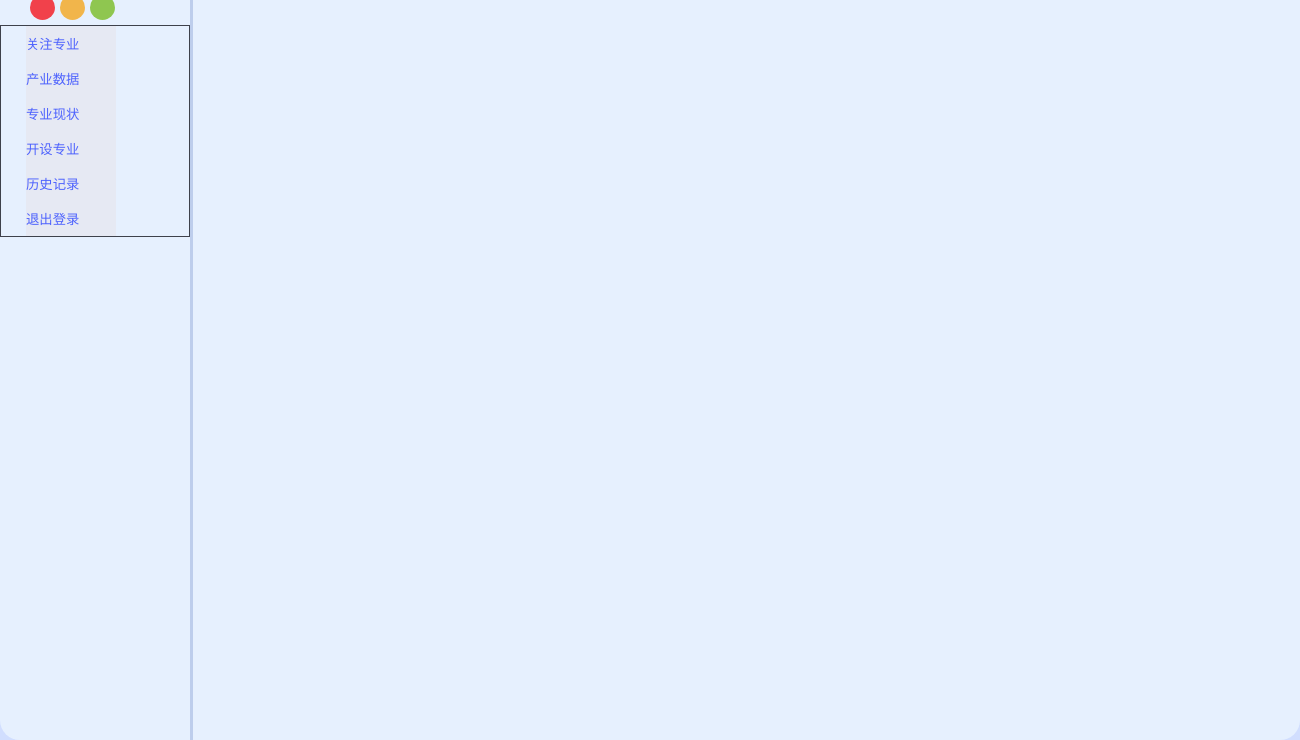
Repository: akaCSDN/test
Page: 2.1主页.html
An editor plug-in stored every save of this project. The page is shown before and after the next save, followed by the edit.
The browser window is 1280 px wide. The page is 1300 px wide, so the pictures cover 1300 px, including what lies to the right of the window. The pictures show the whole page.

Above is the page before, as saved 2022-12-02 14:13:17.

### 2.1主页.html
<!DOCTYPE html>
<html lang="en">
<head>
    <meta charset="UTF-8">
    <meta http-equiv="X-UA-Compatible" content="IE=edge">
    <meta name="viewport" content="width=device-width, initial-scale=1.0">
    <title>Document</title>
    <style type="text/css">
        *{
            margin: 0;
            padding: 0;
            border: 0;
        }
        .main{
            width: 1300px;
            height: 760px;
            /* border: 1px solid black; */
            border-radius: 20px;
            background-color: aliceblue;
            opacity: 0.7;
            position: absolute;
            top: 0;
            right: 0;
            bottom: 0;
            left: 0;
            margin: auto;

        }
        .left{
            width: 190px;
            height: 760px;
            border-radius: 20px 0px 0px 20px;
            border-right: 3px solid rgba(146, 169, 213, 0.622);
            /* border: 1px solid black; */
            position: absolute;
        }
        .circle-point{
            width: 100px;
            height: 30px;
            /* border: 1px solid black; */
            margin-left: 25px;
            margin-top: 15px;
        }
        .circle-point div{
            width: 25px;
            height: 25px;
            border-radius: 100% 100% 100% 100%;
            float: left;
            opacity: 1;
            /* position: absolute; */
            margin-left: 5px;

        }
        .button{
            width: auto;
            height: auto;
            border: 1px solid black;
        }
        .button ul{
            list-style-type: none;
        }
        .button button{
            width: 90px;
            height: 35px;
            text-align: left;
            margin-left: 25px;
            color: rgba(0, 26, 255, 0.909);
            font-weight:;
        }
    </style>
</head>
<body style="background-color: rgb(209, 222, 254);">
    <div class="main">
        <div class="left">
            <div class="circle-point">
                <div style="background-color: red;"></div>
                <div style="background-color: orange;"></div>
                <div style="background-color:rgb(116, 189, 7);"></div>
            </div>
            <div class="button">

                    <button>关注专业</button>
                    <br>
                    <button>产业数据</button>
                    <br>
                    <button>专业现状</button>
                    <br>
                    <button>开设专业</button>
                    <br>
                    <button>历史记录</button>
                    <br>
                    <button>退出登录</button>

            </div>



        </div>

    </div>
</body>
</html>

After the next save:
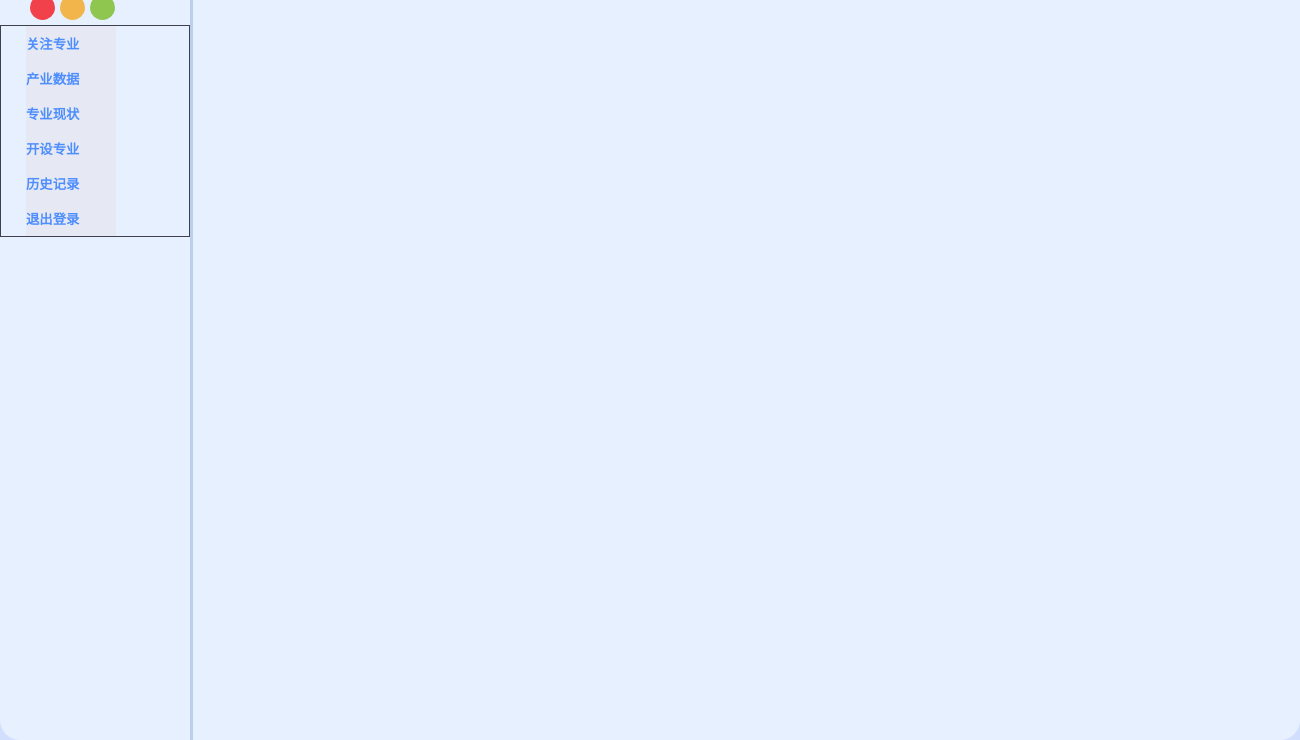
Saved 4 s later.
--- a/2.1主页.html
+++ b/2.1主页.html
@@ -64,8 +64,8 @@
             height: 35px;
             text-align: left;
             margin-left: 25px;
-            color: rgba(0, 26, 255, 0.909);
-            font-weight:;
+            color: rgba(0, 94, 255, 0.909);
+            font-weight: 600;
         }
     </style>
 </head>
